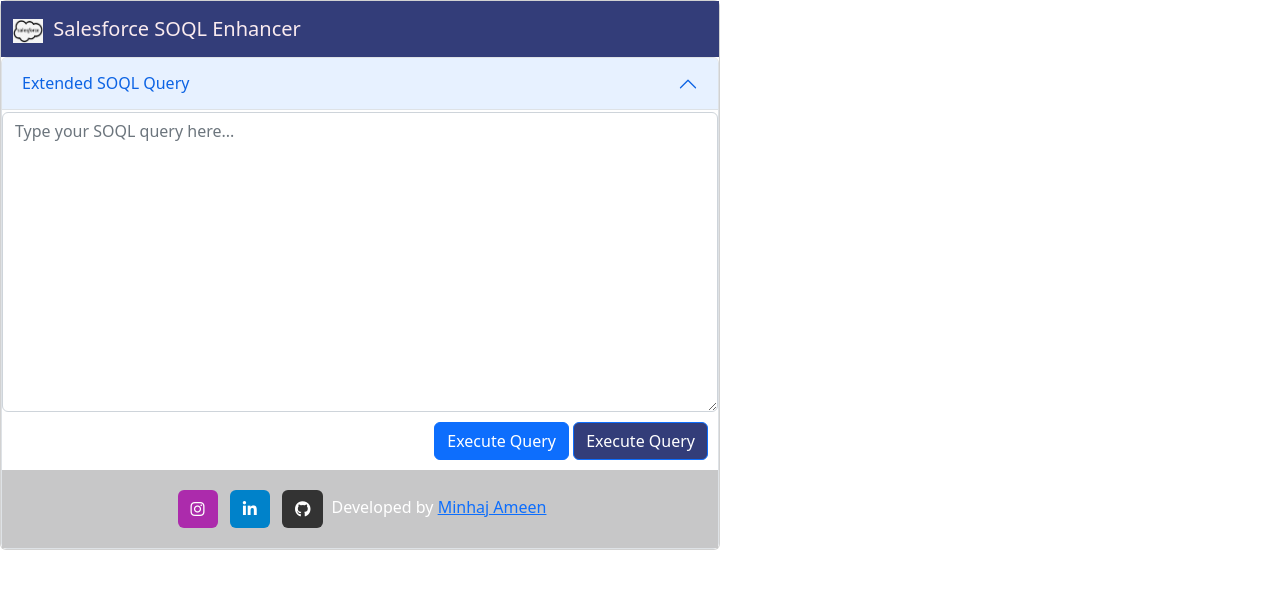
Repository: anweshpargi/salesforceExtension
Page: popup.html
The author's editor kept a copy of each file at every save. The page is drawn from the files as they stood at one save, then again after the next save.
The browser window is 1280 px wide. The pictures show the whole page.

Above is the page before, as saved 2023-09-03 01:32:27.
Not found: js/jsforce.js

### popup.html
<!DOCTYPE html>
<html lang="en">

<head>
    <meta charset="UTF-8">
    <meta http-equiv="X-UA-Compatible" content="IE=edge">
    <meta name="viewport" content="width=device-width, initial-scale=1.0">
    <link rel="stylesheet" href="bootstrap/css/bootstrap.min.css">

    <script src="bootstrap/js/bootstrap.min.js" type="text/javascript"></script>
    <script src="js/jsforce.js" type="text/javascript"></script>
    <link rel="stylesheet" href="https://cdnjs.cloudflare.com/ajax/libs/font-awesome/6.4.2/css/all.min.css" />

    <!-- <script src="https://kit.fontawesome.com/2bad70dabe.js" crossorigin="anonymous"></script> -->

    <!-- JavaScript Bundle with Popper -->

    <title> Salesforce Test Class Data Generator</title>
</head>


<body style="width: 720px">
    <div class="card">
        <nav class="navbar" style="background-color: #333D79FF;">
            <div class="container-fluid">
                <a class="navbar-brand" style="color: #FAEBEFFF;" href="#">
                    <img src="/icon.png" alt="Logo" width="30" height="24" style="margin-right: 5px;"
                        class="d-inline-block">
                    Salesforce SOQL Enhancer
                </a>
            </div>
        </nav>

        <div class="accordion" id="accordionExample">
            <div class="accordion-item">
                <h2 class="accordion-header" id="headingOne">
                    <button class="accordion-button" type="button" data-bs-toggle="collapse"
                        data-bs-target="#collapseOne" aria-expanded="true" aria-controls="collapseOne">
                        Extended SOQL Query
                    </button>
                </h2>
                <div id="collapseOne" class="accordion-collapse collapse show" aria-labelledby="headingOne"
                    data-bs-parent="#accordionExample">

                    <div class="">
                        <textarea style="margin-top: 2px; height: 300px;" class="form-control"
                            placeholder="Type your SOQL query here..." id="floatingtextarea"></textarea>
                    </div>
                    <div style="text-align: right; margin: 10px;">
                        <span style="color: green; font-weight: bold; display: none;" id="status" > </span>&nbsp;&nbsp;
                        <span id="loader" style="display: none;">
                            <span class="spinner-border text-primary"  role="status"></span>
                            <span style="color: darkblue;" id=""> &nbsp; Processing wait... </span>
                            <span style="color: darkblue;" id="count">  </span>&nbsp;
                        </span>
                        <span>
                            <button class="btn btn-success"  style="display: none;" id="downloadExcel" type="">Download Excel</button>
                        </span>
                        <button class="btn btn-primary" style=""  id="getbutton" type="">Execute Query</button>

                        <button class="btn btn-primary" style="background-color: #333D79FF;"  id="getbutton" type="">Execute Query</button>
                    </div>
                </div>

                <div class="bg-light text-center text-white">

                    <div class="text-center p-3" style="background-color: rgba(0, 0, 0, 0.2);">


                      <!-- Instagram -->
                      <a
                        class="btn text-white btn-floating m-1"
                        target="_blank"
                        style="background-color: #ac2bac;"
                        href="https://www.instagram.com/_spartann__/"
                        role="button"
                        ><i class="fab fa-instagram"></i
                      ></a>

                      <!-- Linkedin -->
                      <a
                        class="btn text-white btn-floating m-1"
                        target="_blank"
                        style="background-color: #0082ca;"
                        href="https://www.linkedin.com/in/minhajameen5/"
                        role="button"
                        ><i class="fab fa-linkedin-in"></i
                      ></a>

                      <!-- Github -->
                      <a
                        class="btn text-white btn-floating m-1"
                        target="_blank"
                        style="background-color: #333333;"
                        href="https://github.com/minhaj-ameen"
                        role="button"
                        ><i class="fab fa-github"></i
                      ></a>
                      Developed by
                      <a class="" target="_blank" href="https://www.instagram.com/_spartann__/"> Minhaj Ameen</a>
                    </div>

                </div>

            </div>
        </div>
    </div>

</body>
<script type="text/javascript" src="js/popup.js"></script>
<script type="text/javascript" src="js/xlsx.full.min.js"></script>
<!-- <script src='https://kit.fontawesome.com/a076d05399.js' crossorigin='anonymous'></script> -->


</html>

### js/popup.js
//store connection... con object
var conn = undefined;
var inputQuery = undefined;

console.log('popup js loaded succesfully')
document.querySelector('#getbutton').addEventListener('click', () => {
  console.log('XLSX ' + XLSX);
  console.log('method invoked on button click')
  chrome.tabs.query({ active: true, currentWindow: true }, (tabs) => {
    console.log('inside tabs query')
    var tab = tabs[0]
    console.log(tab.url.split('.')[0]);
    var instanceUrl = undefined
    if(tab?.url != undefined && tab.url.includes('sandbox')){
      console.log('Success if condition includes sandbox');
       instanceUrl = tab.url.split('.')[0] + '.sandbox.my.salesforce.com'
    }else{
      instanceUrl = tab.url.split('.')[0] + '.my.salesforce.com'
    }
    console.log(tab)
    var domainUrl = new URL(tab.url)
    var sessionId = undefined
    if (
      tab.url &&
      (tab.url.includes('.lightning.force.com') ||
        tab.url.includes('.salesforce.com'))
    ) {
      var port = chrome.runtime.connect({ name: 'knockknock' })
      port.postMessage({ host: instanceUrl.replace('https://', '') })
      port.onMessage.addListener(function (msg) {
        console.log('response from backgroundjs' + msg.ssid)
        sessionId = msg.ssid
        if (sessionId) {
          console.log('session id received  ', sessionId)
          conn = new jsforce.Connection({
            serverUrl: instanceUrl,
            instanceUrl: instanceUrl,
            sessionId: sessionId,
            version: '58.0',
          }) //jsforce
          console.log('connection', conn)
          getQueryInput()
        } else {
          alert('Salesforce Session Not found')
        }
      })
    } else {
      alert(
        'Not a Salesforce Domain!, Keep Salesforce Tab Active and Run again',
      )
    }
  })
})

function getQueryInput() {
  try {
    if (conn) {
      inputQuery = document
        .querySelector('#floatingtextarea')
        .value.replace(/\s\s+/g, ' ')
        .trim()
      console.log('Input query by user >> ' + inputQuery)
      processQuery(inputQuery);
    } else {
      alert('Connection not available')
    }
  } catch (error) {
    alert('Something went wrong ' + error.name)
  }
}

var records = [];
var processedQueries = [];
var recordCount = 0;
var countElement = undefined;
var statusElement = undefined;

async function processQuery(query) {
  countElement = document.getElementById('count');
  statusElement = document.getElementById('status');
  statusElement.style.display = "none";
  console.log('@@@ elementcount ' + countElement);
  recordCount = 0;
  records = [];
  processedQueries = [];
  try {
    isDisableExecute(true);
    showDownloadExcel(false);
    showSpinner(true);
    var match = query.match(/\(([^)]+)\)/i)
    if (match && query.length > 4000) {
      console.log('match and lenght pass');
      var valuesString = match[1];
      console.log('valuesString>> ' + valuesString);
      var valuesList = valuesString.split(',');

      var batchSize = 100;

      for (let i = 0; i < valuesList.length; i += batchSize) {
        // Slice a batch of values
        var batch = valuesList.slice(i, i + batchSize);
        // Join batch values with commas to create a new values string
        var batchValuesString = batch.join(',');

        // Replace values within parentheses with the batch values
        var modifiedQuery = query.replace(valuesString, batchValuesString);
        //console.log('modifiedQurery  >>' + modifiedQuery);
        // Store the modified query in the processedQueries array
        processedQueries.push(modifiedQuery);
        console.log('count ' + i);
        showSpinner(true);
        await executeQueryToDatabase(modifiedQuery);
      }
      console.log('final records length ' + records.length);
      console.log('records stingify ' + JSON.stringify(records));
      showSpinner(false);

      isDisableExecute(false);
      //return processedQueries;
      //executeQueryToDatabase(query);
    } else {
      executeQueryToDatabase(query);
      //showSpinner(false);
      //showDownloadExcel(true);
      //isDisableExecute(false);
    }
  } catch (error) {
    showSpinner(false);
    isDisableExecute(false);
    showDownloadExcel(false);
    alert(error.name)
    console.log(error)
  }
}

async function executeQueryToDatabase(inputQuery) {
  console.log('modified Query ' + inputQuery);
  var query = await conn
    .query(inputQuery)
    .on('record', function (record) {
      // console.log('@@ records push' + record.length)
      ++recordCount;
      console.log('@@@ ' + recordCount);
      //console.log('@@@@@ query.totalSize ' + query.totalSize);
      console.log('@@@@@@@ countElement '+ countElement.innerHTML);
      countElement.innerHTML = recordCount;
      let { attributes, ...rec } = record;
      records.push(rec);
      // console.log('records output' + records)
    })
    .on('end', function () {
      console.log('@@ total in database : ' + query.totalSize)
      console.log('@@ total fetched : ' + query.totalFetched)
      showSpinner(false);
      statusElement.style.display = "inline";
      statusElement.innerHTML = 'Success Total: ' + query.totalSize;
      showDownloadExcel(true);
      isDisableExecute(false);

    })
    .on('error', function (err) {
      alert('ERROR NAME: ' + err.name)
      showDownloadExcel(false);
      showSpinner(false);
      isDisableExecute(false);
      showDownloadExcel(false);
      console.error(err)
    })
    .run({ autoFetch: true, maxFetch: 1000000 })
}


document.querySelector('#downloadExcel').addEventListener('click', function() {
  console.log('clicked button excel');
  const exportButton = document.getElementById('downloadExcel');
  console.log('exportButton  ' + exportButton);
  console.log('XLSX' + XLSX);

  // const data = [
  //   { Name: 'John', Age: 30 },
  //   { Name: 'Jane', Age: 25 }
  // ];


  const ws = XLSX.utils.json_to_sheet(records);
  const wb = XLSX.utils.book_new();
  XLSX.utils.book_append_sheet(wb, ws, 'Sheet1');

  // Convert the workbook to an ArrayBuffer
  const wbArrayBuffer = XLSX.write(wb, { bookType: 'xlsx', type: 'array' });

  // Create a Blob from the ArrayBuffer
  const blob = new Blob([wbArrayBuffer], {
    type: 'application/vnd.openxmlformats-officedocument.spreadsheetml.sheet'
  });

    const url = URL.createObjectURL(blob);

    const a = document.createElement('a');
    a.href = url;
    const currentDatetime = new Date().toISOString().replace(/[-:.]/g, '');

    const encodedFileName = encodeURIComponent(`exported_data_${currentDatetime}.xlsx`);

    a.download = encodedFileName;
    a.click();

    // Clean up
    setTimeout(function() {
      URL.revokeObjectURL(url);
    }, 0);
    alert(`${encodedFileName} downloaded succefully`);
});

function showSpinner(isShow){
  if(isShow){
    console.log('isshowspinner true');
    document.getElementById('loader').style.display = "inline";
  }else{
    document.getElementById('loader').style.display = "none";
  }
}

function showDownloadExcel(isShow){
  if(isShow){
    document.getElementById('downloadExcel').style.display = "inline";
  }else{
    document.getElementById('downloadExcel').style.display = "none";
  }
}

function isDisableExecute(isDisable){
    document.getElementById('getbutton').disabled = isDisable;
}

Loaded but not shown: bootstrap/css/bootstrap.min.css (library); bootstrap/js/bootstrap.min.js (library); js/xlsx.full.min.js (library)

After the next save:
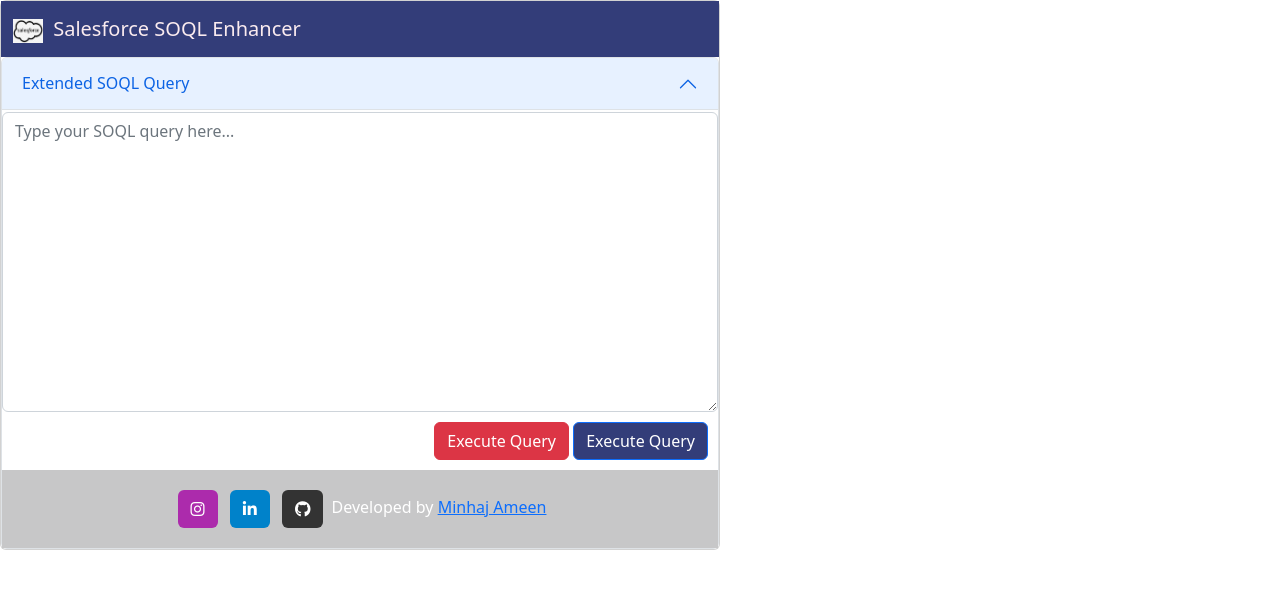
Saved 44 s later.
--- a/popup.html
+++ b/popup.html
@@ -56,7 +56,7 @@
                         <span>
                             <button class="btn btn-success"  style="display: none;" id="downloadExcel" type="">Download Excel</button>
                         </span>
-                        <button class="btn btn-primary" style=""  id="getbutton" type="">Execute Query</button>
+                        <button class="btn btn-danger" style=""  id="cancel" type="">Execute Query</button>
 
                         <button class="btn btn-primary" style="background-color: #333D79FF;"  id="getbutton" type="">Execute Query</button>
                     </div>
